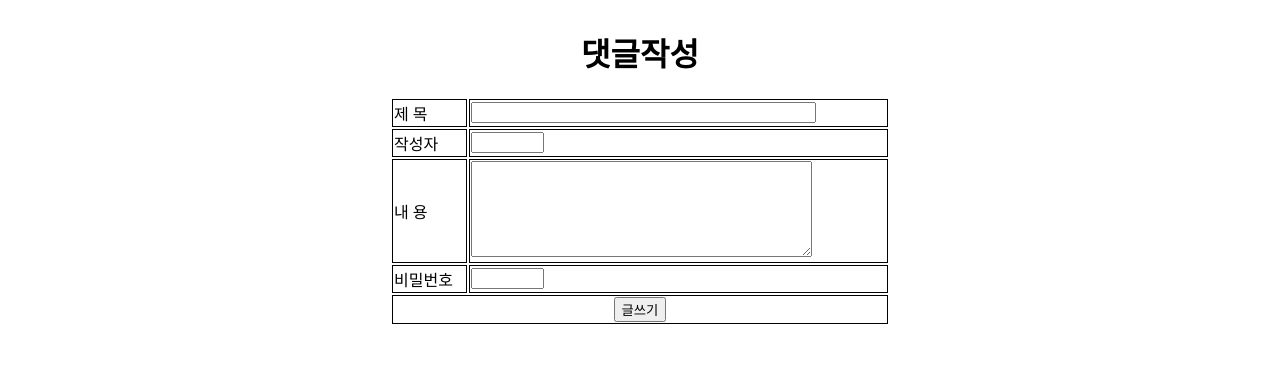
Repository: shbaksa/study
Page: http://localhost/mw_0620/qna/rewrite.jsp
These files come from the project's save history. The page is drawn as it stood at one moment and after the next save; the edit follows.
The browser window is 1280 px wide. The pictures show the whole page.
The page is served by Tomcat 9.

Above is the page before, as saved 2022-06-20 03:38:54.

After the next save:
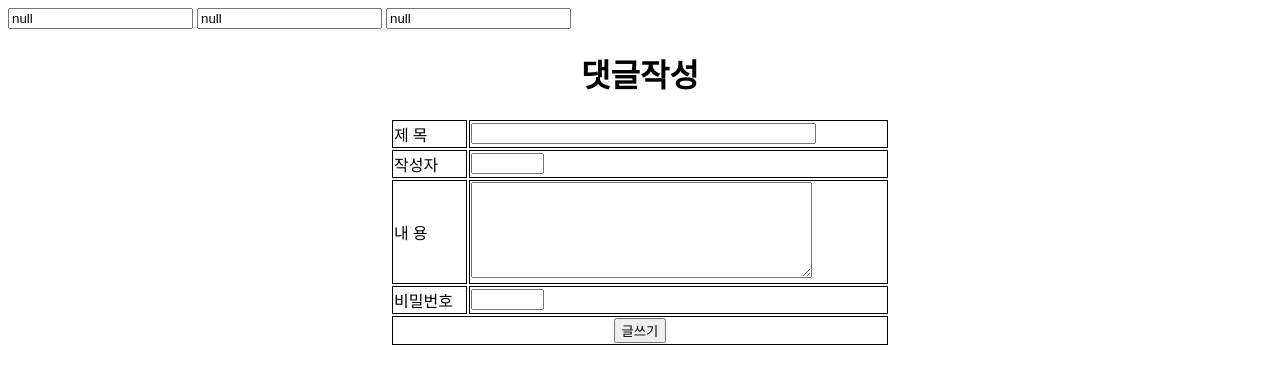
Saved 18 s later.
--- a/mw_0620/src/main/webapp/qna/rewrite.jsp
+++ b/mw_0620/src/main/webapp/qna/rewrite.jsp
@@ -19,9 +19,9 @@
 
 
 	<form method="post" action="rewrite_ok.jsp">
-	<input type="hidden" name="grp" value="<%=request.getParameter("grp")%>">
-	<input type="hidden" name="depth" value="<%=request.getParameter("depth")%>">
-	<input type="hidden" name="seq" value="<%=request.getParameter("seq")%>">
+	<input type="text" name="grp" value="<%=request.getParameter("grp")%>">
+	<input type="text" name="depth" value="<%=request.getParameter("depth")%>">
+	<input type="text" name="seq" value="<%=request.getParameter("seq")%>">
 	<table width="500" align="center">
 	<caption> <h1>댓글작성</h1> </caption>
 	<tr>
